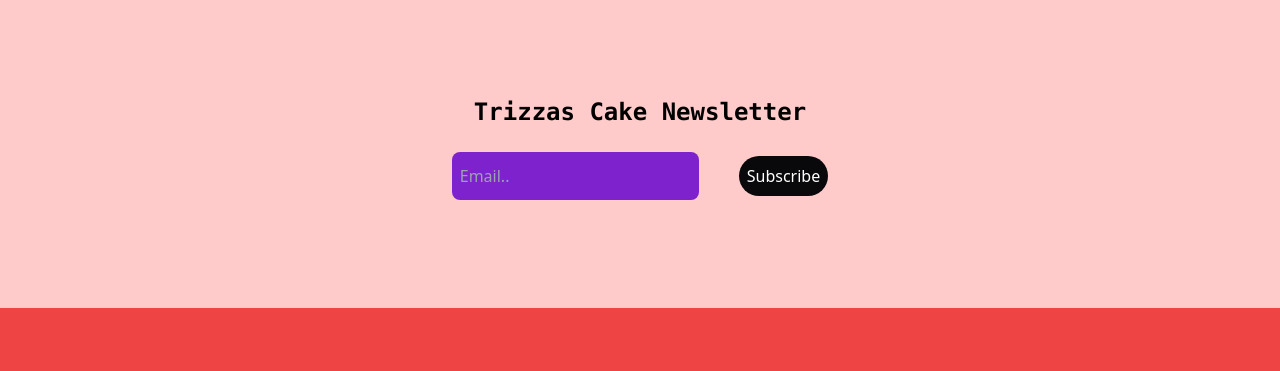
Repository: Semanmernstack/mailchimp-newsletter
Page: /
These files come from the project's save history. The page is drawn as it stood at one moment and after the next save; the edit follows.
The browser window is 1280 px wide. The pictures show the whole page.
The project was rebuilt for these pictures with package versions that can differ from the ones it lists, and the page was loaded fresh each time. The framework's server and built-in components were replaced by stand-ins that run in the browser. Also part of the build but not shown: next.config.js.

Above is the page before, as saved 2023-05-26 04:42:58.

### app/layout.tsx
import './globals.css'




export const metadata = {
  title: 'Create Next App',
  description: 'Generated by create next app',
}

export default function RootLayout({
  children,
}: {
  children: React.ReactNode
}) {
  return (
    <html lang="en">
      <body className='min-h-screen bg-red-500'> {children}</body>
    </html>
  )
}

### app/page.tsx
import Mailing from "./components/Mailing";


export default function Home() {
  return (
    <main className="flex bg-red-200 min-h-screen-[50vh] flex-col items-center justify-between p-24">
    <h1 className="font-mono font-extrabold text-2xl h-12">
      Trizzas Cake Newsletter
    </h1>
    <Mailing/>
    </main>
  )
}

### app/components/Mailing.tsx
"use client"
import React, { FormEvent, useRef, useState } from 'react'

function Mailing() {
    const [input, setInput] = useState<string>("")
    const [mailError, setMailError] = useState ("")
    const [mailOk, setMailOk] = useState<string>("")

    const handleSubmit = async (e: FormEvent<HTMLFormElement>) => {
        e.preventDefault()
        const email = input;


        const res = await fetch("/api/mailSub", {
            method: 'POST',
            headers: {
                "Content-Type": "application/json",
            },

            body: JSON.stringify({email}),

        })

        const data = await res.json()
        if (data.error) {
            setMailError('Hey you already subscribe to trizzas cake')

            return
        }
        setMailOk(data.res)
        setInput("")

    }
  return (
    <div className=" flex flex-col items-center justify-center h-min-screen">
        <form className="flex sm:flex-col " onSubmit={handleSubmit}>
            <div>
                <input type="email"
                    placeholder='Email..'
                    value={input}

                    onChange={(e) => setInput(e.target.value)}
                    required
                    className="outline-none text-white bg-purple-700 h-12 mb-3 p-2 rounded-lg mr-10 border-none from-fuchsia-400 "

                 />
                 <button className="cursor-pointer mt-3 text-white bg-zinc-950 p-2  rounded-xl md:rounded-3xl " type='submit' disabled={!input}    >
                    Subscribe
                 </button>
            </div>

        </form>



    </div>
  )
}

export default Mailing

Loaded but not shown: app/globals.css (common file); tailwind.config.js (common file)

After the next save:
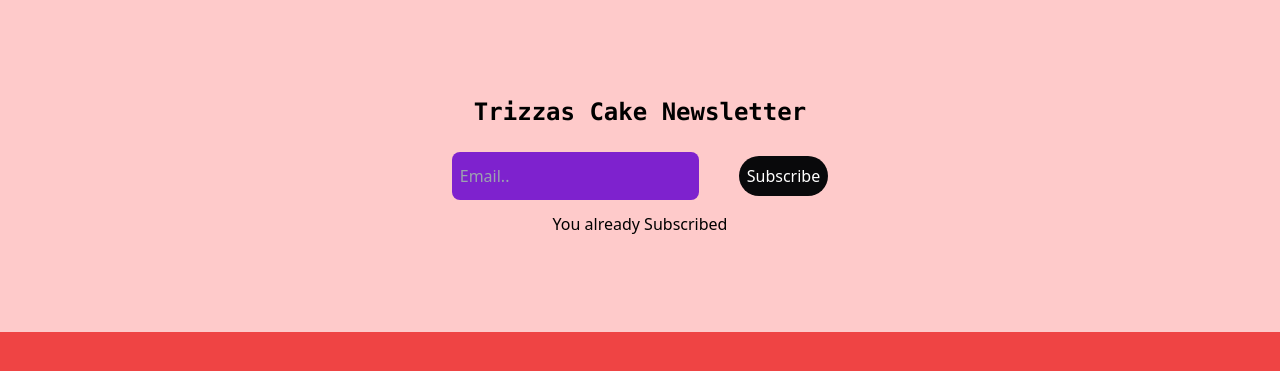
Saved 30 min 42 s later.
--- a/app/components/Mailing.tsx
+++ b/app/components/Mailing.tsx
@@ -50,6 +50,7 @@
             </div>
 
         </form>
+        {mailOk ? (<p>Subscribe</p>):(<p>You already Subscribed</p>)}
 
 
 

After the save that followed:
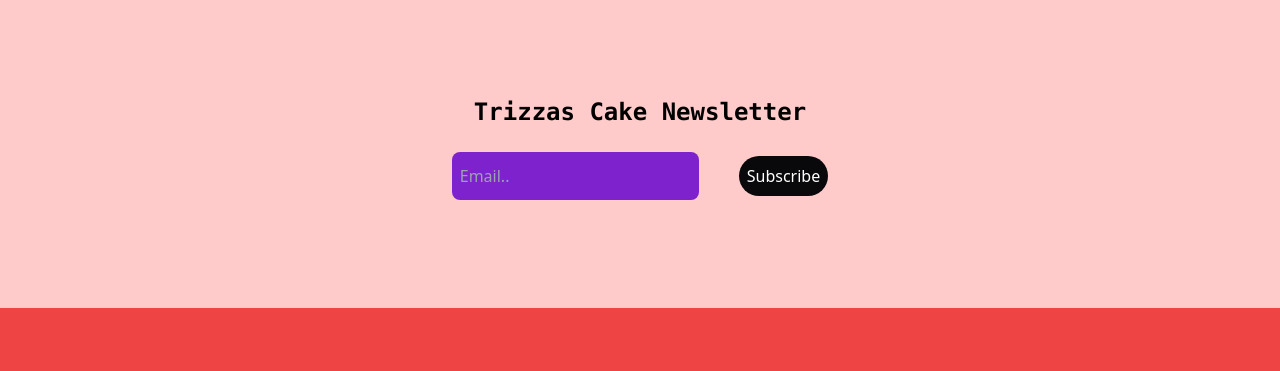
Saved 8 min 33 s later.
--- a/app/components/Mailing.tsx
+++ b/app/components/Mailing.tsx
@@ -3,7 +3,7 @@
 
 function Mailing() {
     const [input, setInput] = useState<string>("")
-    const [mailError, setMailError] = useState ("")
+    const [mailError, setMailError] = useState<string> ("")
     const [mailOk, setMailOk] = useState<string>("")
 
     const handleSubmit = async (e: FormEvent<HTMLFormElement>) => {
@@ -50,7 +50,11 @@
             </div>
 
         </form>
-        {mailOk ? (<p>Subscribe</p>):(<p>You already Subscribed</p>)}
+        {(mailOk || mailError ) && (
+            <div>
+             (<p>Subscribe</p>):(<p>You already Subscribed</p>)
+            </div>
+        )}
 
 
 
